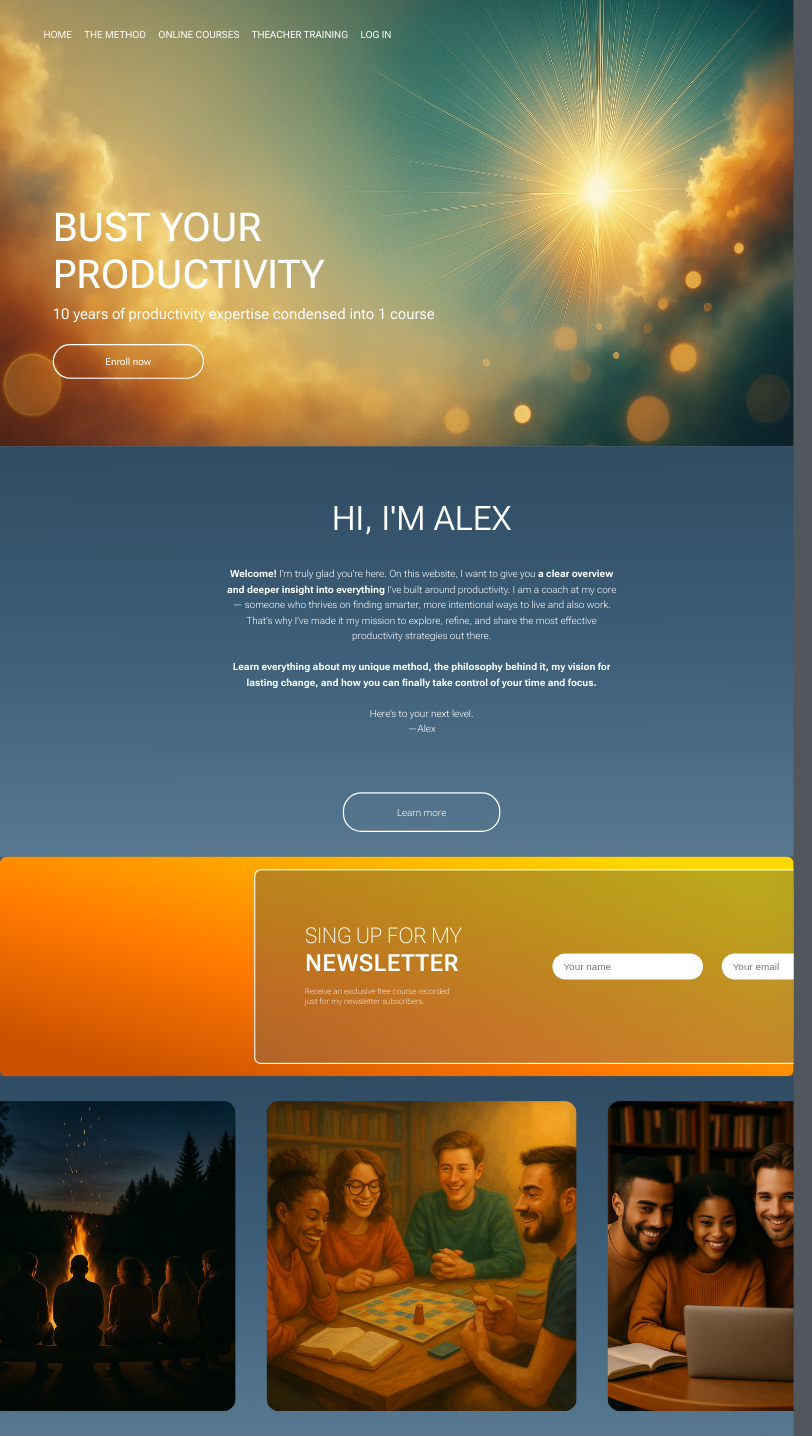
Repository: Parnicoza/testecomplete
Page: Productivity.copie.html
The author's editor kept a copy of each file at every save. The page is drawn from the files as they stood at one save, then again after the next save.
The browser window is 1280 px wide. The page is 1310 px wide, so the pictures cover 1310 px, including what lies to the right of the window. The pictures show the whole page, at 62% of full size.

Above is the page before, as saved 2025-05-30 14:18:31.

After the next save:
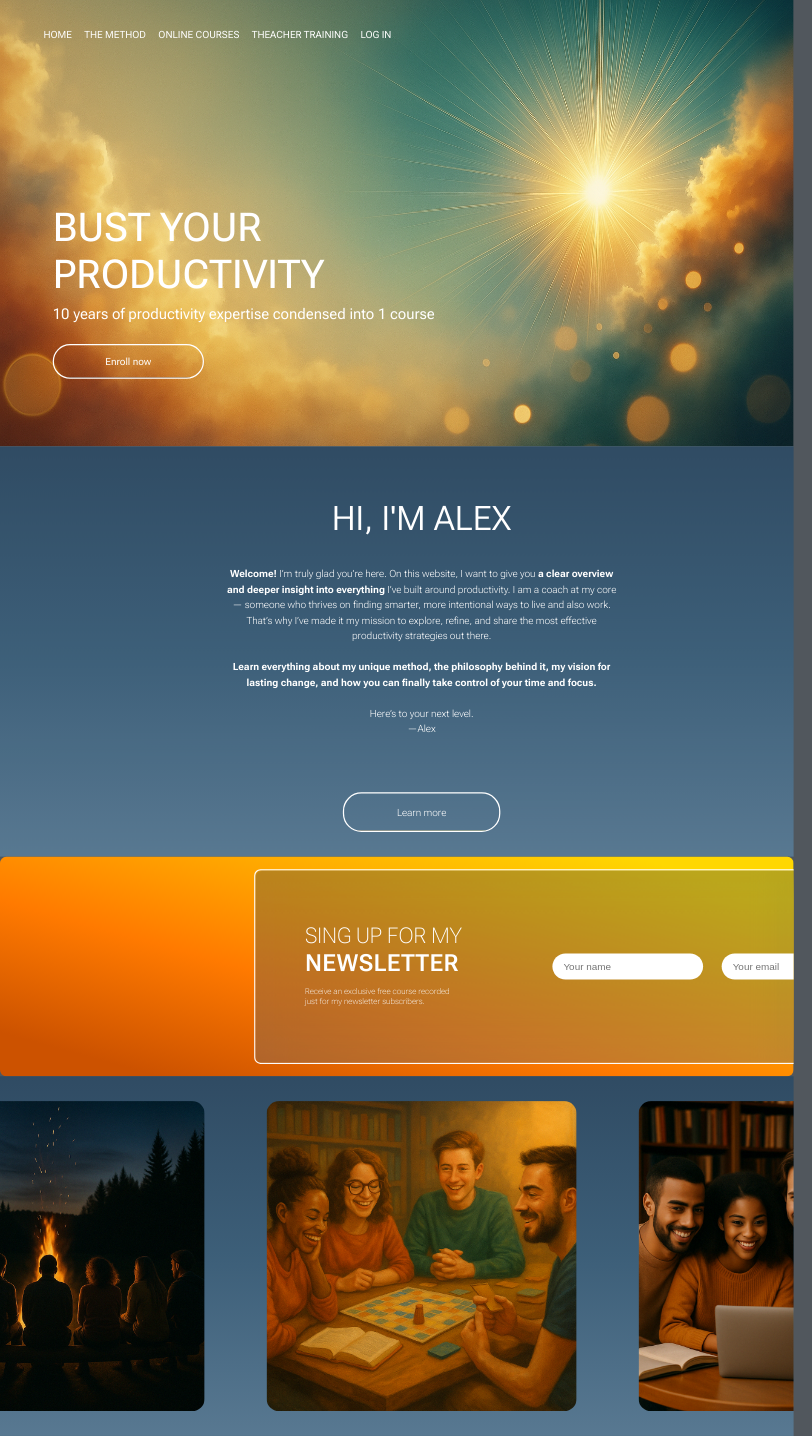
Saved 18 s later.
--- a/peoductivitate.css
+++ b/peoductivitate.css
@@ -337,7 +337,7 @@ form {
 
 .imaginidesprecurs{
     display: flex;
-    gap: 50px;
+    gap: 100px;
 }
 
 .modificariimaginidecurs{

After the save that followed:
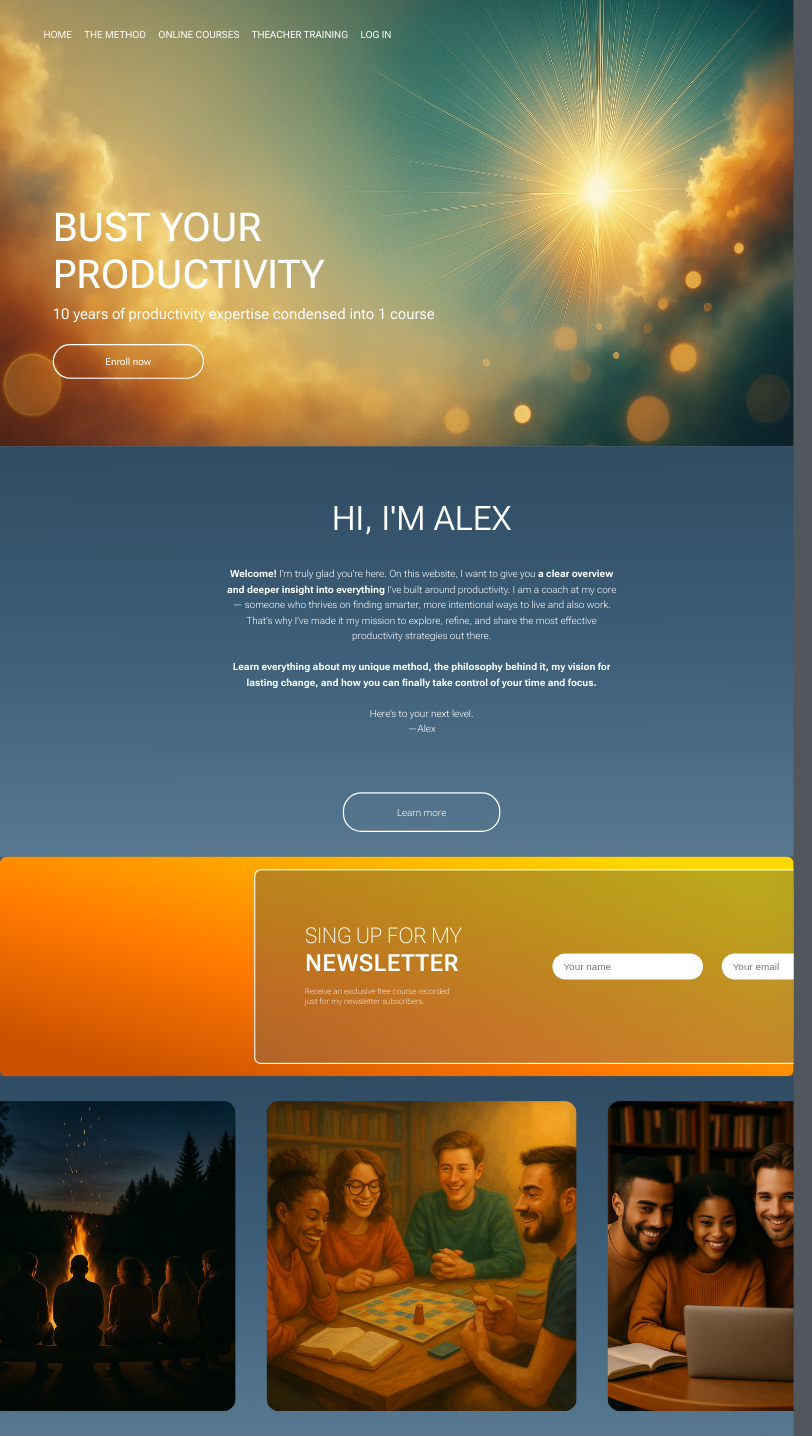
Saved 54 s later.
--- a/peoductivitate.css
+++ b/peoductivitate.css
@@ -337,7 +337,7 @@ form {
 
 .imaginidesprecurs{
     display: flex;
-    gap: 100px;
+    gap: 50px;
 }
 
 .modificariimaginidecurs{
